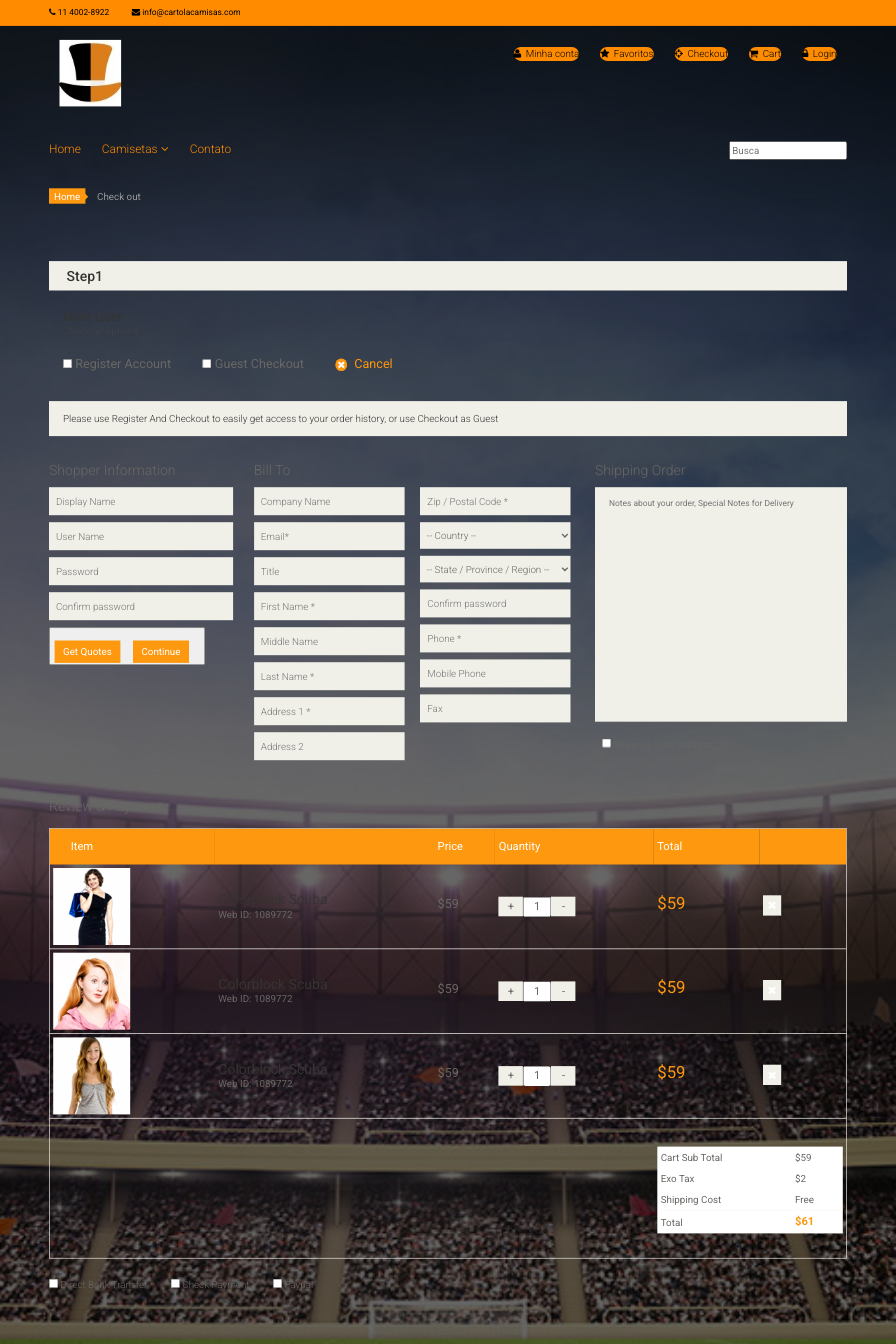
Repository: matheus-bms/camisetaPI
Page: http://localhost/checkout
The author's editor kept a copy of each file at every save. The page is drawn from the files as they stood at one save, then again after a run of saves.
The browser window is 1280 px wide. The pictures show the part of the page from y = 0 to 1920 px (the page is 2568 px tall), at 70% of full size.
Some web fonts or font styles are not loaded; a fallback is used. The page is served by the project's Node server (app.js).

Above is the page before, as saved 2022-04-26 22:53:51.

After the next 2 saves:
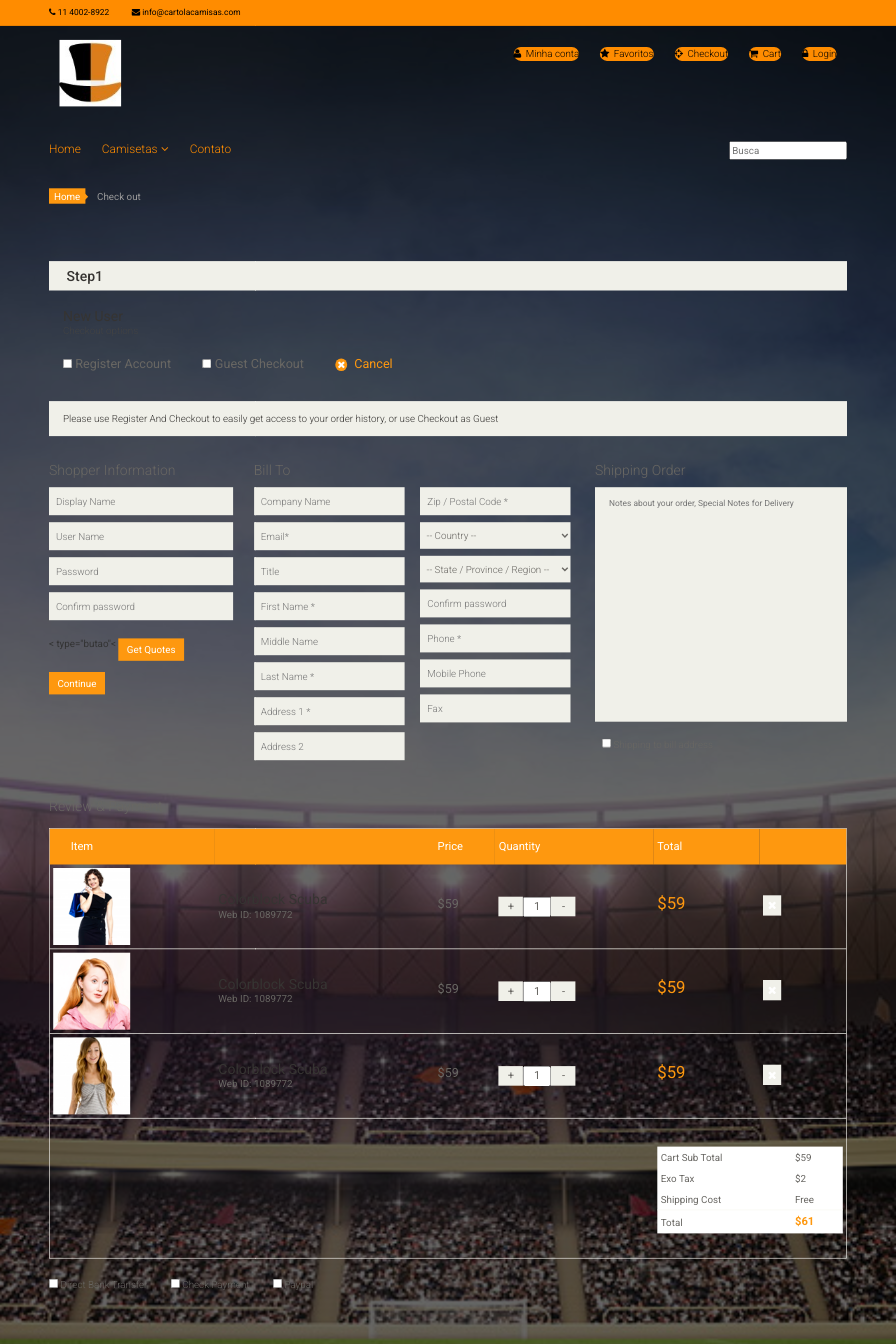
The 2 saves are shown as one change because they came seconds apart.
The last was saved 8 s later.
--- a/views/checkout.ejs
+++ b/views/checkout.ejs
@@ -46,7 +46,7 @@
 								<input type="password" placeholder="Password">
 								<input type="password" placeholder="Confirm password">
 							</form>
-							<button type="butao"</button>
+							< type="butao"<
 							<a class="btn btn-primary" href="">Get Quotes</a>
 							<a class="btn btn-primary" href="">Continue</a>
 						</div>

After the save that followed:
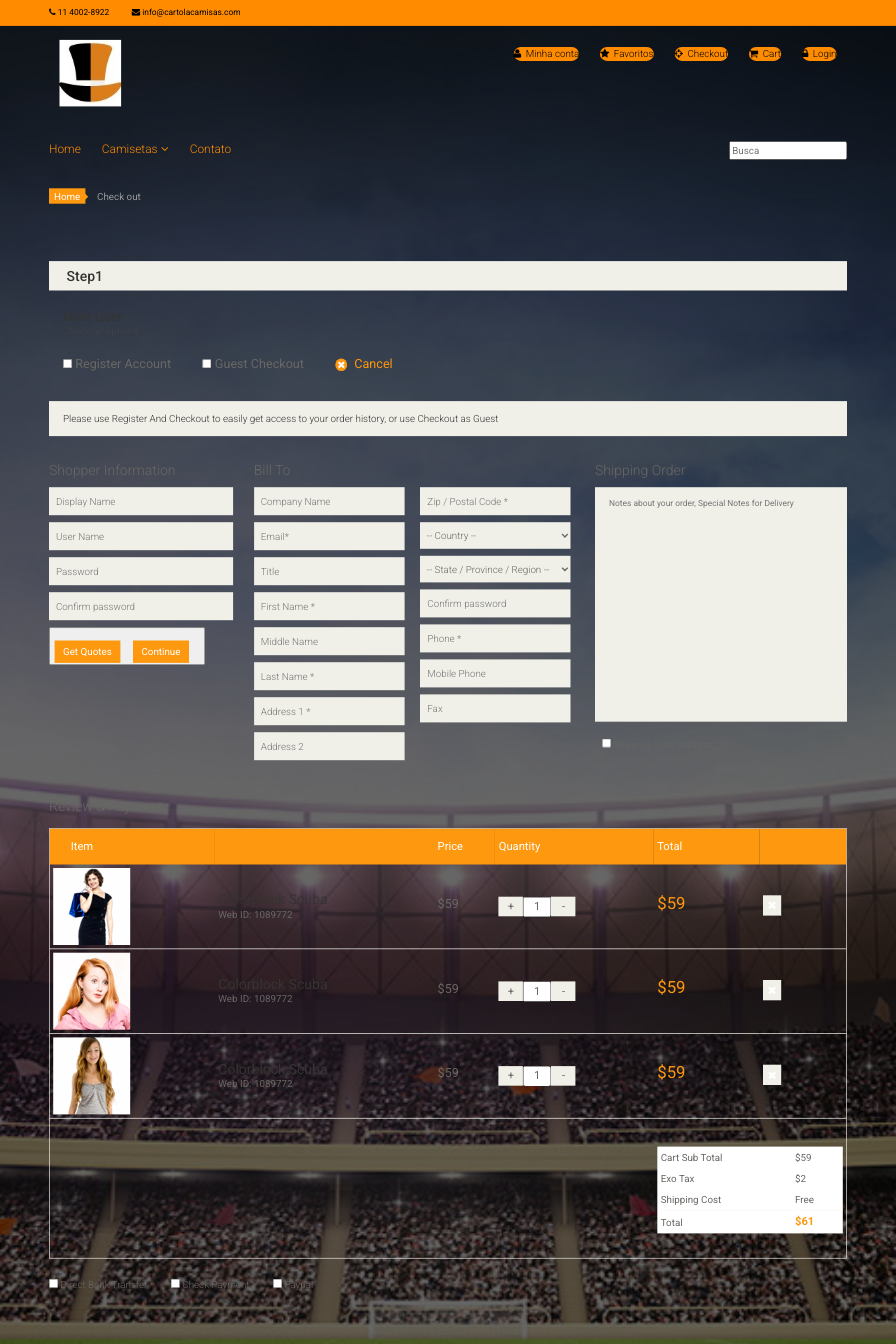
Saved 4 s later.
--- a/views/checkout.ejs
+++ b/views/checkout.ejs
@@ -46,7 +46,7 @@
 								<input type="password" placeholder="Password">
 								<input type="password" placeholder="Confirm password">
 							</form>
-							< type="butao"<
+							<button type="butao"</button>
 							<a class="btn btn-primary" href="">Get Quotes</a>
 							<a class="btn btn-primary" href="">Continue</a>
 						</div>
